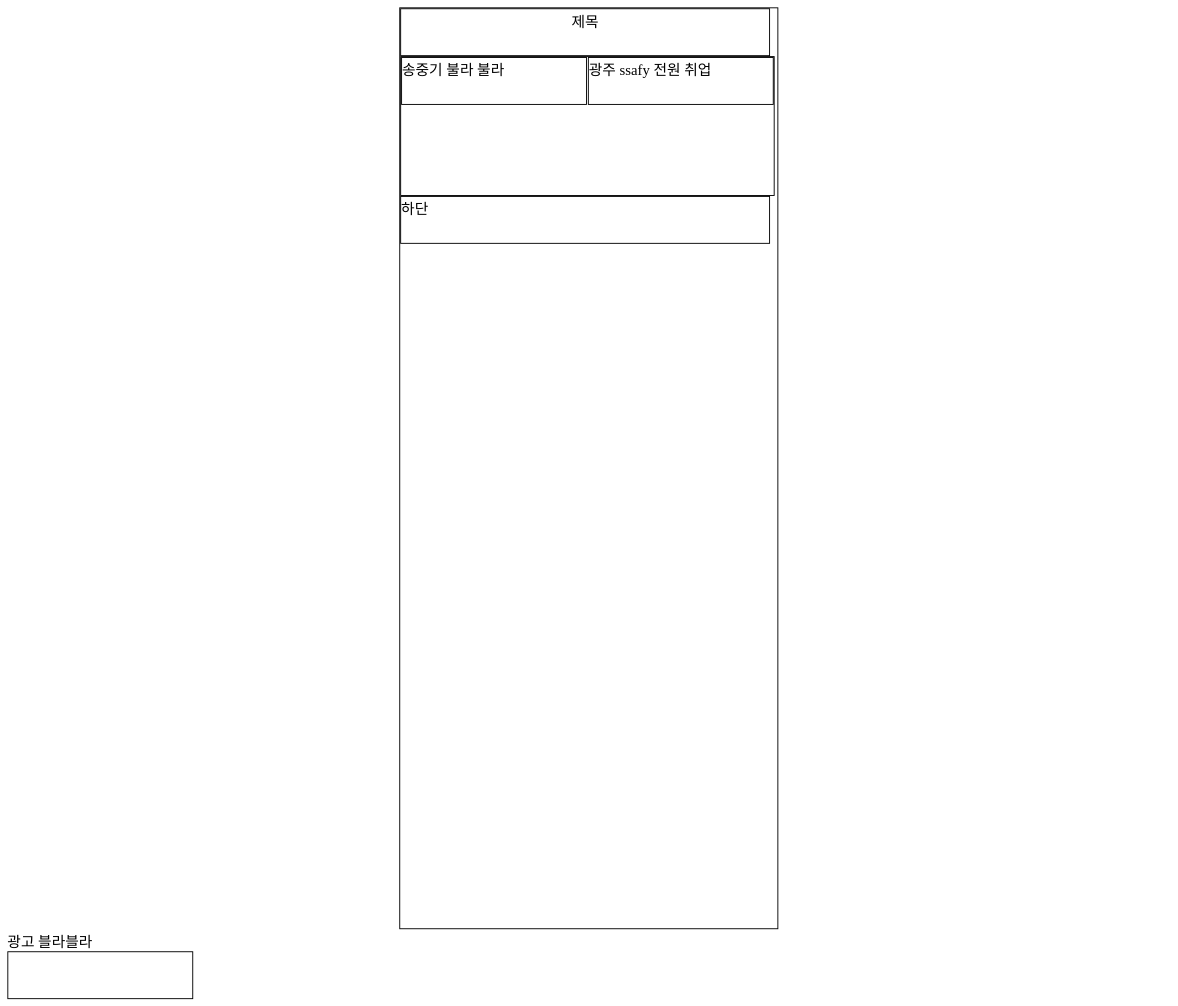
Repository: Seonhanbit/dev
Page: work_frontend/CSSEx/WebContent/09positioning/03.float.html
These files come from the project's save history. The page is drawn as it stood at one moment and after the next save; the edit follows.
The browser window is 1280 px wide. The pictures show the whole page, at 92% of full size.

Above is the page before, as saved 2019-08-27 06:06:16.

### work_frontend/CSSEx/WebContent/09positioning/03.float.html
<!DOCTYPE html PUBLIC "-//W3C//DTD HTML 4.01 Transitional//EN" "http://www.w3.org/TR/html4/loose.dtd">
<html>
<head>
<meta http-equiv="Content-Type" content="text/html; charset=UTF-8">
<title>Insert title here</title>
<style type="text/css">
div {
	width: 200px;
	height: 50px;
	border: 1px solid #000;
}

.a {
	float: left;
	border: 1px solid #000;
}

.b {
	float: right;
}

.c {
	border: 7px dotted #f00;
}

.d {
	width: 400px;
	clear: both;
}

.body {
	width: 405px;
	height: 150px;
}

#outer {
	margin: 0 auto;
	width: 410px;
	height: 1000px;
}

.title {
	width: 400px;
}
</style>
</head>
<body>
	<div id="outer">
		<div class = "title"style="text-align: center;">제목</div>
		<div class="body">
			<div class="a">송중기 불라 불라</div>
			<div class="b">광주 ssafy 전원 취업</div>
			</div>
			<!-- <div class="c">No Float</div> -->
			<div class="d">하단</div>
	</div style="position: fixed; top : 30px; right : 5px; width : 50px; heigh:150px;">
	광고 블라블라
	<div>

	</div>
</body>
</html>

After the next save:
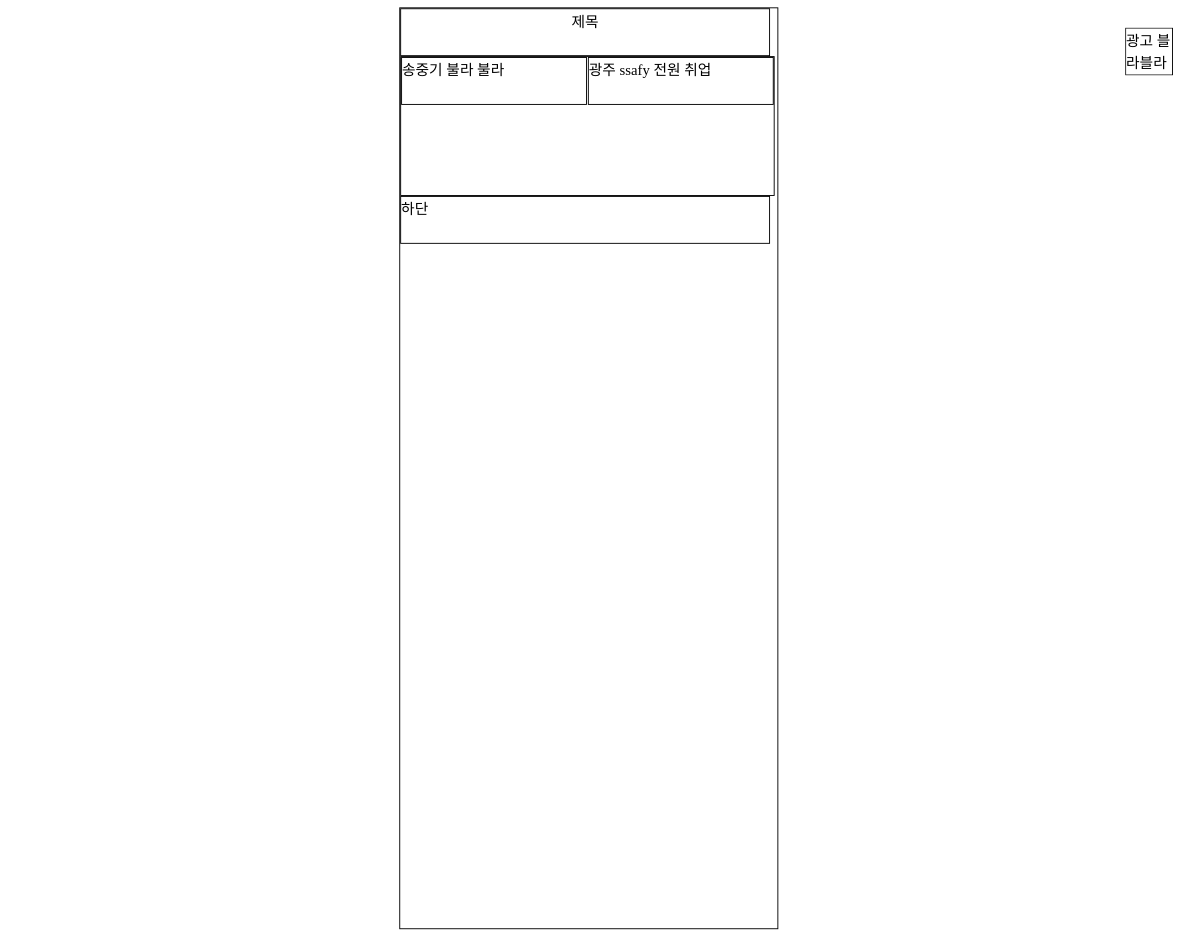
Saved 66 s later.
--- a/work_frontend/CSSEx/WebContent/09positioning/03.float.html
+++ b/work_frontend/CSSEx/WebContent/09positioning/03.float.html
@@ -53,10 +53,10 @@ div {
 			</div>
 			<!-- <div class="c">No Float</div> -->
 			<div class="d">하단</div>
-	</div style="position: fixed; top : 30px; right : 5px; width : 50px; heigh:150px;">
+	</div>
+
+	<div  style="position: fixed; top : 30px; right : 5px; width : 50px; heigh:150px;">
 	광고 블라블라
-	<div>
-
 	</div>
 </body>
 </html>
